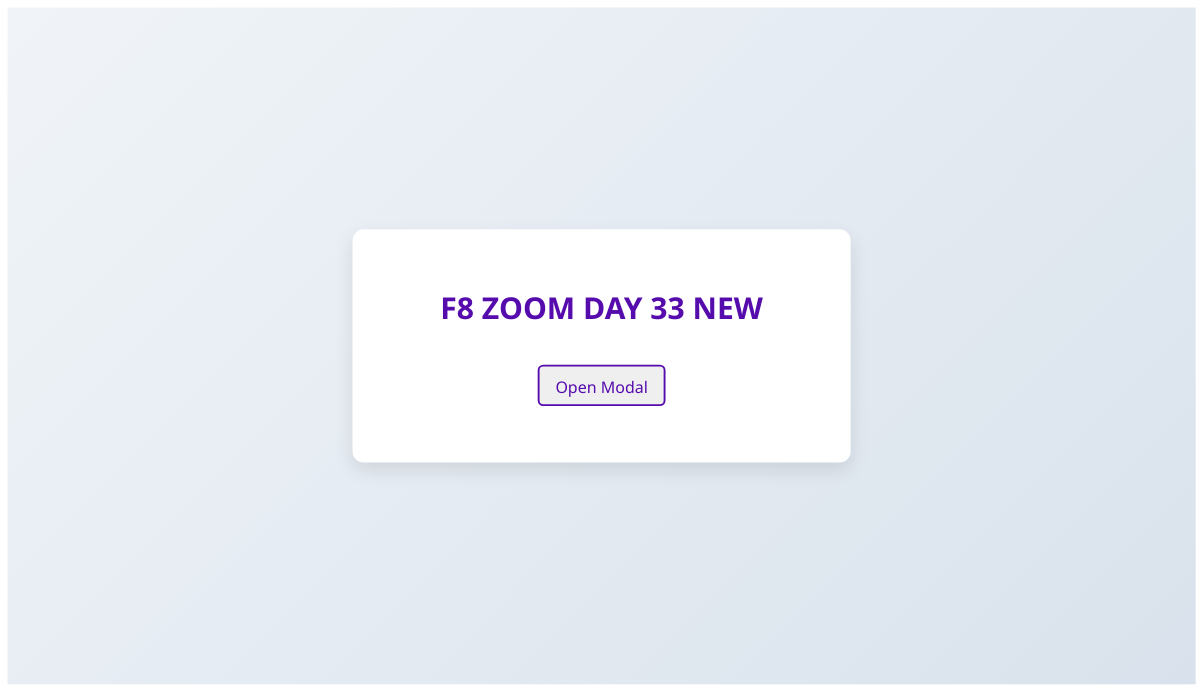
Repository: lannguyen1301/f8-zoom-day-33-new
Page: index.html
These files come from the project's save history. The page is drawn as it stood at one moment and after the next save; the edit follows.
The browser window is 1280 px wide. The pictures show the whole page, at 94% of full size.

Above is the page before, as saved 2025-08-07 22:04:33.

After the next save:
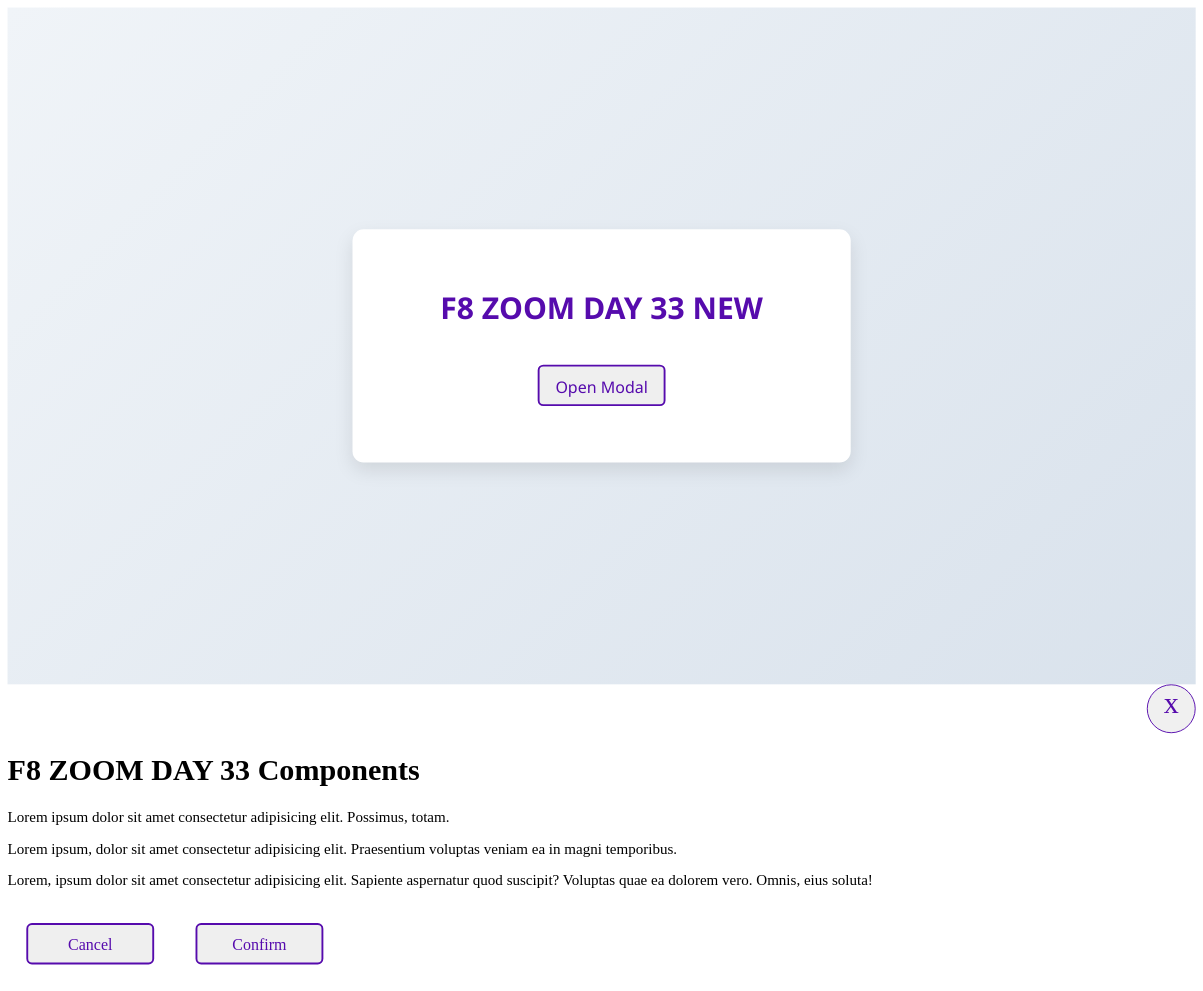
Saved 60 s later.
--- a/index.html
+++ b/index.html
@@ -26,3 +26,27 @@
 </body>
 
 </html>
+
+<div class="modal">
+    <div class="inner">
+        <div class="header" slot="header">
+            <div class="circle"></div>
+            <span id="sp-close" class="sp-close">x</span>
+            <h1 class="heading" id="heading">F8 ZOOM DAY 33 Components</h1>
+        </div>
+        <div class="content" slot="content">
+            <p>Lorem ipsum dolor sit amet consectetur adipisicing elit. Possimus, totam.</p>
+            <p>Lorem ipsum, dolor sit amet consectetur adipisicing elit. Praesentium voluptas veniam ea in magni
+                temporibus.
+            </p>
+            <p>Lorem, ipsum dolor sit amet consectetur adipisicing elit. Sapiente aspernatur quod suscipit? Voluptas
+                quae ea
+                dolorem vero. Omnis, eius soluta!</p>
+        </div>
+
+        <div class="footer" extends ParentClass { super() } slot="footer">
+            <button id="close-btn">Cancel</button>
+            <button>Confirm</button>
+        </div>
+    </div>
+</div>

After the save that followed:
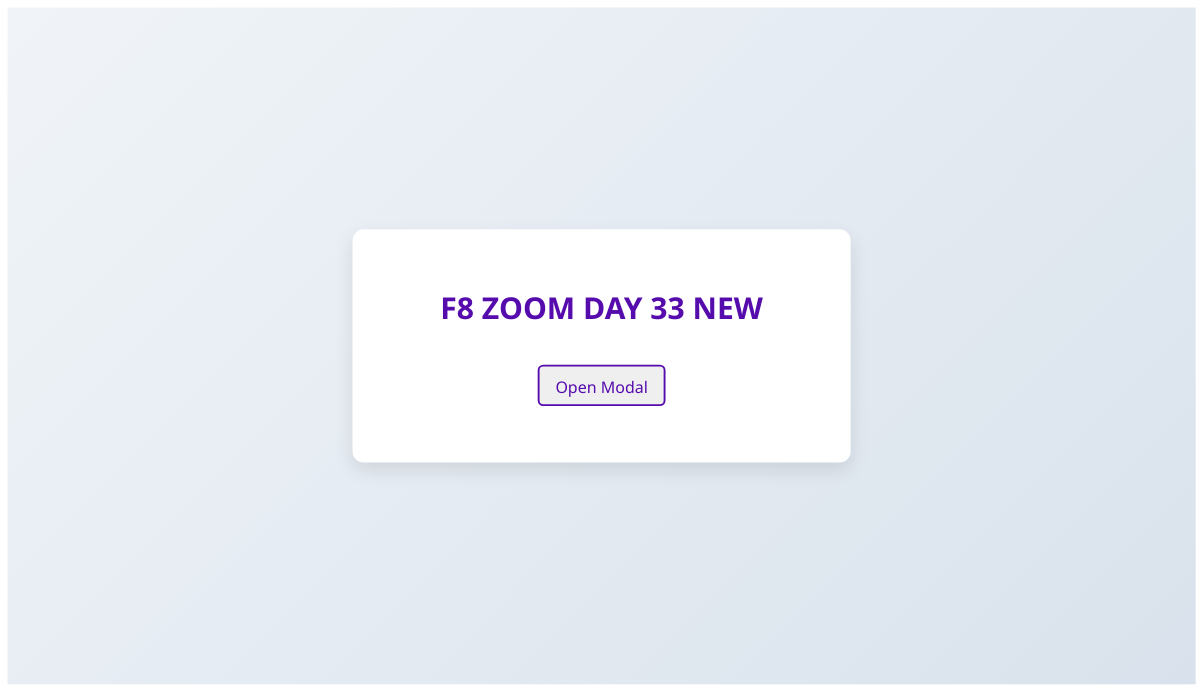
Saved 10 s later.
--- a/index.html
+++ b/index.html
@@ -26,27 +26,3 @@
 </body>
 
 </html>
-
-<div class="modal">
-    <div class="inner">
-        <div class="header" slot="header">
-            <div class="circle"></div>
-            <span id="sp-close" class="sp-close">x</span>
-            <h1 class="heading" id="heading">F8 ZOOM DAY 33 Components</h1>
-        </div>
-        <div class="content" slot="content">
-            <p>Lorem ipsum dolor sit amet consectetur adipisicing elit. Possimus, totam.</p>
-            <p>Lorem ipsum, dolor sit amet consectetur adipisicing elit. Praesentium voluptas veniam ea in magni
-                temporibus.
-            </p>
-            <p>Lorem, ipsum dolor sit amet consectetur adipisicing elit. Sapiente aspernatur quod suscipit? Voluptas
-                quae ea
-                dolorem vero. Omnis, eius soluta!</p>
-        </div>
-
-        <div class="footer" extends ParentClass { super() } slot="footer">
-            <button id="close-btn">Cancel</button>
-            <button>Confirm</button>
-        </div>
-    </div>
-</div>
